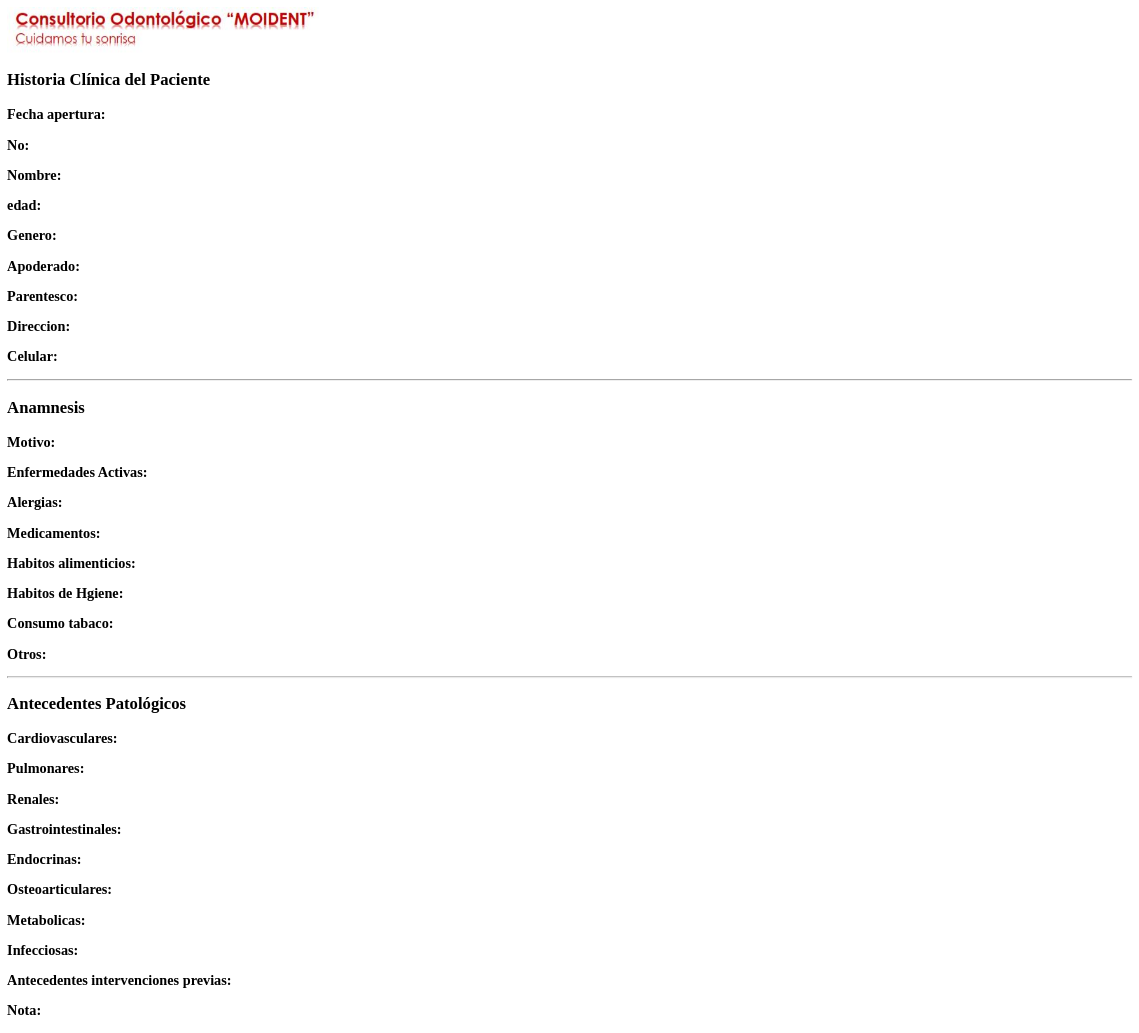
Repository: javix2/Consultorio_Dental
Page: resources/views/historialclinico/ver.blade.php
The author's editor kept a copy of each file at every save. The page is drawn from the files as they stood at one save, then again after the next save.
The browser window is 1280 px wide. The pictures show the whole page, at 89% of full size.
The page is served by the project's Laravel application, run on PHP 8.4 with Laravel 10. Other server files are loaded and not shown. The template is opened directly, without the code that normally fills it, so the values that code supplies are empty.

Above is the page before, as saved 2024-10-14 21:06:49.

### routes/web.php
<?php

use App\Http\Controllers\AdminProfileControler;
use App\Http\Controllers\AppointmentController;
use App\Http\Controllers\CitaController;
// use App\Http\Controllers\CitaController;
use App\Http\Controllers\DoctorController;
use App\Http\Controllers\HistorialController;
use App\Http\Controllers\HomeController;
use App\Http\Controllers\HorarioController;
use App\Http\Controllers\OdontogramaController;
use App\Http\Controllers\PacienteController;
use App\Http\Controllers\PagoController;
use App\Http\Controllers\PatientController;
use App\Http\Controllers\RecordController;
use App\Http\Controllers\RecordTreatmController;
use App\Http\Controllers\TratamientoController;
use App\Http\Controllers\HistorialTratamController;
use App\Http\Controllers\SesionController;
use App\Http\Controllers\UsuarioController;
use App\Models\Appointment;
use App\Models\Doctor;
use App\Models\HistorialTratam;
use App\Models\Odontograma;
use App\Models\Tratamiento;
use App\Models\Treatment;
use App\Models\User;
use Illuminate\Support\Facades\Auth;
use Illuminate\Support\Facades\Route;
use Barryvdh\DomPDF\Facade as PDF;


/*
|--------------------------------------------------------------------------
| Web Routes
|--------------------------------------------------------------------------
|
| Here is where you can register web routes for your application. These
| routes are loaded by the RouteServiceProvider and all of them will
| be assigned to the "web" middleware group. Make something great!
|
*/

Route::get('/', function () {
    return view('home');
});

// Route::get('/', function () {
//     return view('auth.register');
// });


// Route::get('/', function () {
//     return view('auth.login');
// })->middleware('auth');
// Route::middleware(['auth'])->group(function () {
//     Route::get('/', function () {
//         return view('home');
//     });
// //     Route::get('/home', [HomeController::class, 'index'])->name('home');
// });

Route::get('/paciente/report', [PacienteController::class, 'report'])->name('paciente.reporte');

Route::resource('doctors', DoctorController::class);
// Route::get('users/{doctor}/create', [UsuarioController::class, 'create'])->name('users.create');
Route::get('/users/create/{doctor}', [UsuarioController::class, 'create'])->name('users.create');
Route::post('users/{doctor}', [UsuarioController::class, 'store'])->name('users.store');

Route::get('/users/{id}/edit', [UsuarioController::class, 'edit'])->name('users.edit');
Route::put('/users/{id}', [UsuarioController::class, 'update'])->name('users.update');

Route::get('/paciente/list',[ PacienteController::class, 'list'])->name('paciente.list');
Route::get('/doctor/list',[ DoctorController::class, 'list'])->name('doctor.list');
Route::get('/tratamiento/list',[ TratamientoController::class, 'list'])->name('tratamiento.list');

Route::resource('/home', HomeController::class);
Route::get('/get-data', [HomeController::class, 'getData'])->name('event.datos');
Route::get('/event/{id}', [HomeController::class, 'show2'])->name('event.show2');
Route::delete('/event/{id}', [HomeController::class, 'destroy'])->name('event.delete');
Route::put('/event2/{id}', [HomeController::class, 'update'])->name('event.update');


Route::post('/home/guardar', [HomeController::class, 'guardar'])->name('home.guardar');
Route::get('/home/{id}', [HomeController::class, 'busca']);
// Route::post('/guardar', [HomeController::class, 'guardar'])->name('home.guardar');
// Route::get('/get-citas', [HomeController::class, 'getCitas']);

Route::resource('/paciente', PacienteController::class);

Route::resource('/doctor', DoctorController::class);
Route::get('/cita/listar', [CitaController::class, 'listar'])->name('cita.listar');

Route::resource('/usuario', UsuarioController::class);
Route::get('/doctor/{id}/imprimir', [DoctorController::class, 'imprimir'])->name('doctor.imprimir');
Route::get('/paciente/busqueda', [PacienteController::class, 'busqueda'])->name('paciente.busqueda');
Route::get('/pago/busca', [PagoController::class, 'busca'])->name('pago.busca');
Route::get('/historialtratam/buscar', [HistorialTratamController::class, "buscar"])->name("historialtratam.buscar");
Route::get('/odontograma/buscar', [OdontogramaController::class, 'buscar'])->name('odontograma.buscar');


// Route::resource('/auth', UsuarioController::class);
Route::get('/pago/reportepago', [PagoController::class, 'reportepago'])->name('pago.reportepago');
Route::get('/pago/reporteboleta/{id}/imprimir', [PagoController::class, 'reporteboleta'])->name('pago.reporteboleta');
Route::get('/historials/report', [RecordTreatmController::class, 'report'])->name('historials.reporte');

Route::resource('/pago', PagoController::class);
Route::get('/cita/buscar', [CitaController::class, 'buscar'])->name('cita.buscar');

Route::get('pago/{id}/edit/pago', [PagoController::class, 'editPago'])->name('pago.editPago');
Route::put('pago/{id}/update/pago', [PagoController::class, 'updatePago'])->name('pago.updatePago');

Route::resource('/doctor', DoctorController::class);

Route::resource('/tratamiento', TratamientoController::class);

Route::resource('/cita', CitaController::class);
Route::delete('/citas/{id}/eliminar', [CitaController::class, 'eliminar'])->name('citas.eliminar2');
Route::put('/cita/{id}/cambiar-estado', [CitaController::class, 'cambiarEstado'])->name('citas.cambiar_estado');

Route::resource('/odontograma', OdontogramaController::class);

Route::resource('/historials', RecordTreatmController::class);
Route::resource('/historialclinico', HistorialController::class);
Route::get('/historialclinico/search', [HistorialController::class, "search"])->name("historialclinico.search");


Route::resource('/historialtratam', HistorialTratamController::class);
Route::get('/historialtratam/{id}/buscapaciente', [HistorialTratamController::class, 'buscapaciente'])->name('historialtratam.buscapaciente');
Route::post('/historialtratam/sesion/{id}/registro', [HistorialTratamController::class, 'sesionregistro'])->name('historialtratam.sesionregistro');
Route::delete('/historialtratam/sesion/{id}/elimina', [HistorialTratamController::class, 'elimina'])->name('historialtratam.elimina');

Route::resource('/sesion', SesionController::class);

Route::post('/usuario/editar', [AdminProfileControler::class, "update"])->name("usuario.update");
Route::get('adminlte_image', [AdminProfileControler::class, "dminlte_image"])->name("adminlte_image");

Auth::routes();

### resources/views/historialclinico/ver.blade.php
<!-- Modal-->

<div class="modal fade" id="modalVer{{$histo->id}}" tabindex="-1" aria-labelledby="exampleModalLabel" aria-hidden="true">
  <div class="modal-dialog modal-xl">
      <div class="modal-content">
          {{--  <div class="modal-header">
              <h1 class="modal-title fs-5 text-primary py-2 px-4" id="exampleModalLabel" > Consultorio Odontologico Moident</h1>
              <button type=" button" class="btn-close" data-bs-dismiss="modal" aria-label="Close"></button>
          </div>  --}}
          <div class="modal-header">
            <img src="{{URL::asset('/img/const.jpg')}}" class="img-thumbnail" alt="..." width="350px">
          </div>

          <div class="mx-5 mb-5">

          <div class="modal-body text-start">

            <div class="d-flex justify-content-center mb-4"><h3>Historia Clínica del Paciente</h3></div>
            <div class="row">
              <div class="col-md-10">
                <p><strong>Fecha apertura: </strong>{{ $histo->fecha_aper }}</p>
              </div>
              <div class="col-md-2">
                  <p><strong>No: </strong>{{ $histo->no_hc }}</p>
              </div>
            </div>
            <p><strong>Nombre: </strong>{{ $histo->paciente->nombre }} {{ $histo->paciente->paterno}}   {{ $histo->paciente->materno}}</p>
            <div class="row">
              <div class="col-md-6">
                <p><strong>edad: </strong>{{ $histo->paciente->edad }}</p>
            </div>
              <div class="col-md-6">
                  <p><strong>Genero: </strong>{{ $histo->paciente->genero }}</p>
              </div>
            </div>
            <div class="row">
              <div class="col-md-6">
                  <p><strong>Apoderado: </strong>{{ $histo->apoderado }}</p>
              </div>
              <div class="col-md-6">
                  <p><strong>Parentesco: </strong>{{ $histo->parentesco }}</p>
              </div>
            </div>
            <div class="row">
              <div class="col-md-6">
                  <p><strong>Direccion: </strong>{{ $histo->direccion }}</p>
              </div>
              <div class="col-md-6">
                  <p><strong>Celular: </strong>{{ $histo->celular }}</p>
              </div>
            </div>
            <hr class="my-3">
            <div class="form-group row mt-3s">
              <h3 class="fs-5 text-primary text-center">Anamnesis</h3>
            </div>
            <p><strong>Motivo: </strong>{{ $histo->motivo }} </p>
            <div class="row">
              <div class="col-md-4">
                  <p><strong>Enfermedades Activas: </strong>{{ $histo->enf_act }}</p>
              </div>
              <div class="col-md-4">
                  <p><strong>Alergias: </strong>{{ $histo->alergias }}</p>
              </div>
              <div class="col-md-4">
                <p><strong>Medicamentos: </strong>{{ $histo->medicamentos }}</p>
              </div>
            </div>
            <div class="row">
              <div class="col-md-4">
                  <p><strong>Habitos alimenticios: </strong>{{ $histo->hab_alimen }}</p>
              </div>
              <div class="col-md-4">
                  <p><strong>Habitos de Hgiene: </strong>{{ $histo->hab_higiene }}</p>
              </div>
              <div class="col-md-4">
                <p><strong>Consumo tabaco: </strong>{{ $histo->tabaco }}</p>
              </div>
            </div>
            <p><strong>Otros: </strong>{{ $histo->otro }} </p>
            <hr class="my-3">
            <div class="form-group row mt-3s">
              <h3 class="fs-5 text-primary text-center">Antecedentes Patológicos</h3>
            </div>
            <div class="row">
              <div class="col-md-4">
                  <p><strong>Cardiovasculares: </strong>{{ $histo->cardiovas }}</p>
              </div>
              <div class="col-md-4">
                  <p><strong>Pulmonares: </strong>{{ $histo->pulmonares }}</p>
              </div>
              <div class="col-md-4">
                <p><strong>Renales: </strong>{{ $histo->renales }}</p>
              </div>
            </div>
            <div class="row">
              <div class="col-md-4">
                  <p><strong>Gastrointestinales: </strong>{{ $histo->gastrointes }}</p>
              </div>
              <div class="col-md-4">
                  <p><strong>Endocrinas: </strong>{{ $histo->endocrinas }}</p>
              </div>
              <div class="col-md-4">
                <p><strong>Osteoarticulares: </strong>{{ $histo->osteoarticu }}</p>
              </div>
            </div>
            <div class="row">
              <div class="col-md-4">
                  <p><strong>Metabolicas: </strong>{{ $histo->metabolicas }}</p>
              </div>
              <div class="col-md-4">
                  <p><strong>Infecciosas: </strong>{{ $histo->infecciosas }}</p>
              </div>

            </div>
            <p><strong>Antecedentes intervenciones previas: </strong>{{ $histo->interve_prev }} </p>
            <p><strong>Nota: </strong>{{ $histo->nota }} </p>





          </div>
        </div>

          {{--  <div class="modal-footer" py2>
            <a href="{{ route('pago.reporteboleta',$pago->id) }}" class="btn btn-primary" target="_blank"><i class="fa-solid fa-print"></i>
              Imprimir</a>

          </div>  --}}
      </div>
  </div>
</div>

Loaded but not shown: app/Http/Controllers/Auth/ConfirmPasswordController.php (common file); app/Http/Controllers/Controller.php (common file)

After the next save:
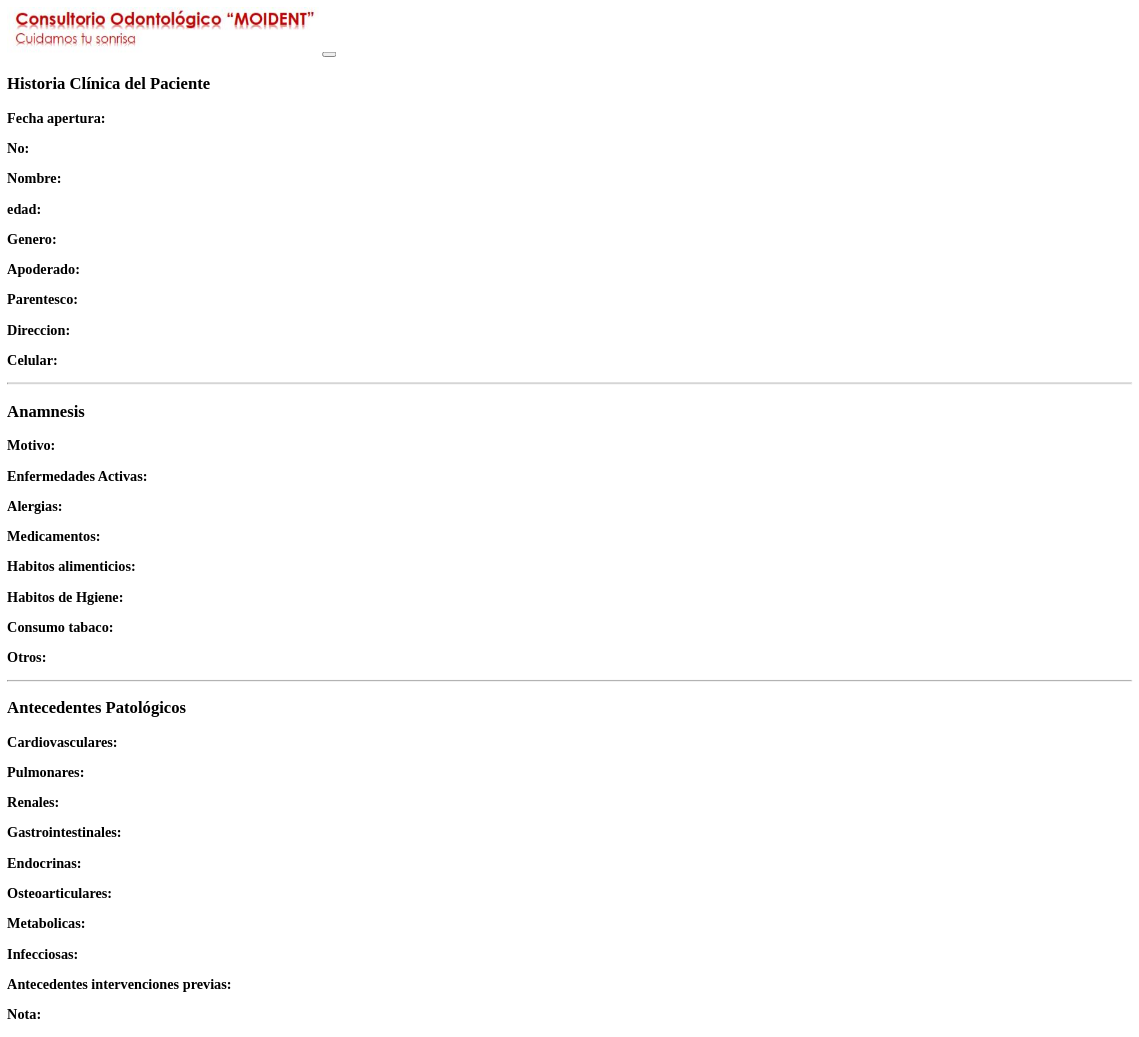
Saved 55 s later.
--- a/resources/views/historialclinico/ver.blade.php
+++ b/resources/views/historialclinico/ver.blade.php
@@ -9,6 +9,7 @@
           </div>  --}}
           <div class="modal-header">
             <img src="{{URL::asset('/img/const.jpg')}}" class="img-thumbnail" alt="..." width="350px">
+            <button type=" button" class="btn-close" data-bs-dismiss="modal" aria-label="Close"></button>
           </div>
 
           <div class="mx-5 mb-5">
